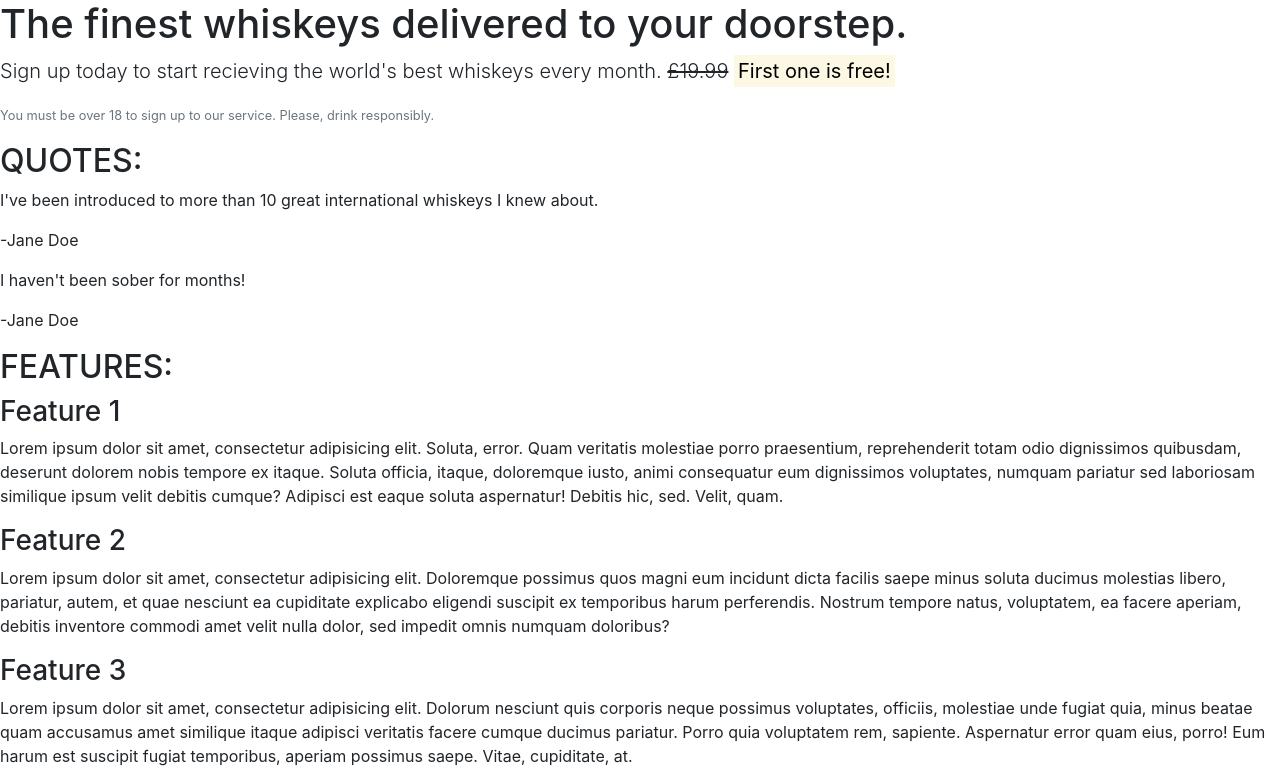
Repository: Leannald13/whiskey-project
Page: index.html
The author's editor kept a record of every edit. The page is drawn from the files as they stood at one moment, then again after the next edit.
The browser window is 1280 px wide. The pictures show the whole page.

Above is the page before.
Console error: TypeError: Cannot read properties of undefined (reading 'fn')

### index.html
<!DOCTYPE html>
<html lang="en">
<head>
    <meta charset="UTF-8">
    <meta name="viewport" content="width=device-width, initial-scale=1.0">
    <meta http-equiv="X-UA-Compatible" content="ie=edge">
    <link rel="stylesheet" href="https://stackpath.bootstrapcdn.com/bootstrap/4.1.3/css/bootstrap.min.css" integrity="sha384-MCw98/SFnGE8fJT3GXwEOngsV7Zt27NXFoaoApmYm81iuXoPkFOJwJ8ERdknLPMO" crossorigin="anonymous">
<script src="https://stackpath.bootstrapcdn.com/bootstrap/4.1.3/js/bootstrap.min.js" integrity="sha384-ChfqqxuZUCnJSK3+MXmPNIyE6ZbWh2IMqE241rYiqJxyMiZ6OW/JmZQ5stwEULTy" crossorigin="anonymous"></script>
    <title>Whiskey Drop: Taste a new whiskey every month</title>
</head>
<body>
    <article class="article">
        <section class="callout">
        <h1>The finest whiskeys delivered to your doorstep.</h1>
        <p class="lead">Sign up today to start recieving the world's best whiskeys every month.
        <s>£19.99</s> <strong><mark>First one is free!</mark></strong></p>
        <p class="text-muted"><small>You must be over 18 to sign up to our service. Please, drink responsibly.</small></p>
         </section>
    <section class="quotes">
    <h2 class="text-uppercase">Quotes:</h2>
    <blockquote class="quote">
        <p>I've been introduced to more than 10 great international whiskeys I knew about.</p>
          <p>-Jane Doe</p>
    </blockquote>
      <blockquote class="quote">
         <p>I haven't been sober for months!</p>
         <p>-Jane Doe</p>
      </blockquote>
    </section>
    <section class="features">
        <h2 class="text-uppercase">Features:</h2>
        <div class="feature">
            <h3>Feature 1</h3>
            <p>Lorem ipsum dolor sit amet, consectetur adipisicing elit. Soluta, error. Quam veritatis molestiae porro praesentium, reprehenderit totam odio dignissimos quibusdam, deserunt dolorem nobis tempore ex itaque. Soluta officia, itaque, doloremque iusto, animi consequatur eum dignissimos voluptates, numquam pariatur sed laboriosam similique ipsum velit debitis cumque? Adipisci est eaque soluta aspernatur! Debitis hic, sed. Velit, quam.</p>
        </div>
        <div class="feature">
        <h3>Feature 2</h3>
        <p>Lorem ipsum dolor sit amet, consectetur adipisicing elit. Doloremque possimus quos magni eum incidunt dicta facilis saepe minus soluta ducimus molestias libero, pariatur, autem, et quae nesciunt ea cupiditate explicabo eligendi suscipit ex temporibus harum perferendis. Nostrum tempore natus, voluptatem, ea facere aperiam, debitis inventore commodi amet velit nulla dolor, sed impedit omnis numquam doloribus?</p>
        </div>
        <div class="feature">
          <h3>Feature 3</h3>
          <p>Lorem ipsum dolor sit amet, consectetur adipisicing elit. Dolorum nesciunt quis corporis neque possimus voluptates, officiis, molestiae unde fugiat quia, minus beatae quam accusamus amet similique itaque adipisci veritatis facere cumque ducimus pariatur. Porro quia voluptatem rem, sapiente. Aspernatur error quam eius, porro! Eum harum est suscipit fugiat temporibus, aperiam possimus saepe. Vitae, cupiditate, at.</p>
        </div>


    </section>
    </article>

</body>
</html>

After the next edit:
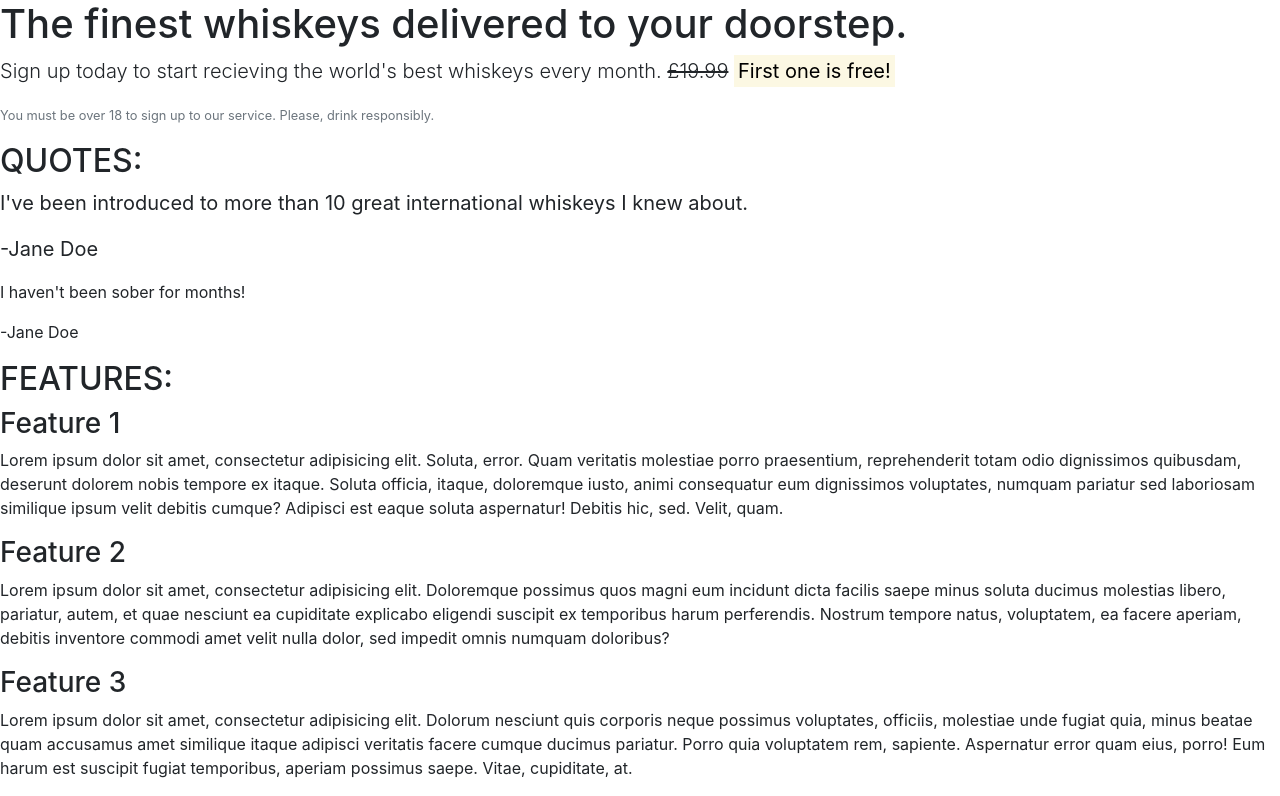
The edit:
--- a/index.html
+++ b/index.html
@@ -18,7 +18,7 @@
          </section>
     <section class="quotes">
     <h2 class="text-uppercase">Quotes:</h2>
-    <blockquote class="quote">
+    <blockquote class="blockquote">
         <p>I've been introduced to more than 10 great international whiskeys I knew about.</p>
           <p>-Jane Doe</p>
     </blockquote>
